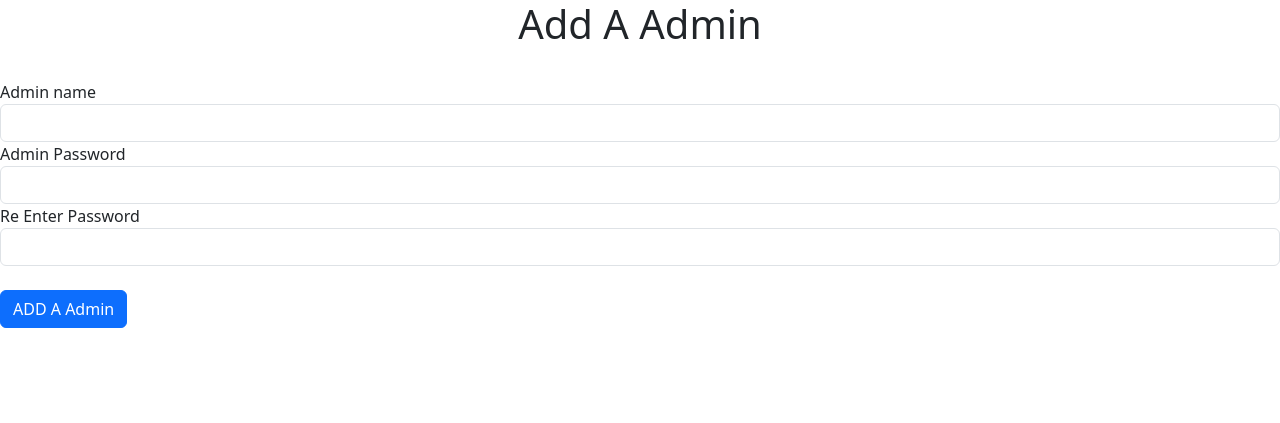
Repository: SachinUthpala/Railway-Reservation
Page: http://localhost/Railway/Admin/updateAdmin/UpdateAdmin.jsp
The author's editor kept a copy of each file at every save. The page is drawn from the files as they stood at one save, then again after the next save.
The browser window is 1280 px wide. The pictures show the whole page.
The page is served by Tomcat 9. Other server files are loaded and not shown.

Above is the page before, as saved 2023-05-19 17:38:09.

### Railway/src/main/webapp/Admin/updateAdmin/UpdateAdmin.jsp
<!DOCTYPE html>
<html lang="en">
<head>
    <meta charset="UTF-8">
    <meta http-equiv="X-UA-Compatible" content="IE=edge">
    <meta name="viewport" content="width=device-width, initial-scale=1.0">
    <title>Update Admins</title>
    <link rel="stylesheet" href="../Style/boostrap.min.css">
</head>
<body>
    <h1><center>Add A Admin</center></h1>
    <br>
    <form method="post" action="../../updateAdmins">
        <div >
          <label for="exampleInputEmail1">Admin name</label>
          <input type="text" class="form-control"  name="name">
        </div>
        <div class="form-group">
          <label >Admin Password</label>
          <input type="text" class="form-control" name = "password" >
        </div>
        <div class="form-group">
            <label >Re Enter Password</label>
            <input type="text" class="form-control"  name= "repassword">
          </div>

          <br>
        <button type="submit" class="btn btn-primary">ADD A Admin</button>
      </form>
      <br><br>

</body>
</html>





<!-- Creadted by @Sachin -->

Loaded but not shown: Railway/src/main/webapp/Admin/Style/boostrap.min.css (library)

After the next save:
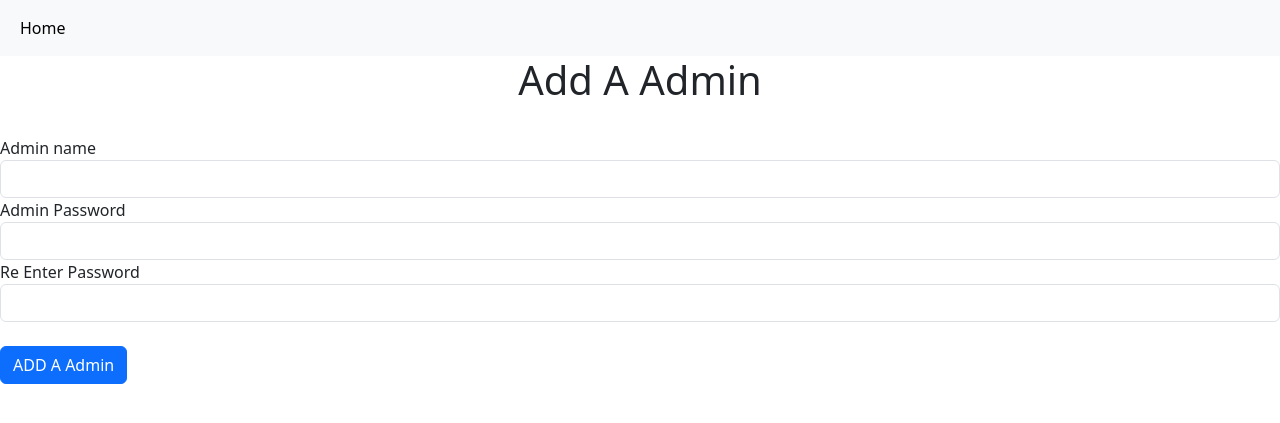
Saved 29 s later.
--- a/Railway/src/main/webapp/Admin/updateAdmin/UpdateAdmin.jsp
+++ b/Railway/src/main/webapp/Admin/updateAdmin/UpdateAdmin.jsp
@@ -8,6 +8,19 @@
     <link rel="stylesheet" href="../Style/boostrap.min.css">
 </head>
 <body>
+
+	<nav class="navbar navbar-expand-lg bg-body-tertiary">
+			  <div class="container-fluid">
+			    <div class="collapse navbar-collapse" id="navbarSupportedContent">
+			      <ul class="navbar-nav me-auto mb-2 mb-lg-0">
+			        <li class="nav-item">
+			          <a class="nav-link active" aria-current="page" href="Reserve/reserve.jsp">Home</a>
+			        </li>
+			      </ul>
+			    </div>
+			  </div>
+			</nav>
+
     <h1><center>Add A Admin</center></h1>
     <br>
     <form method="post" action="../../updateAdmins">
